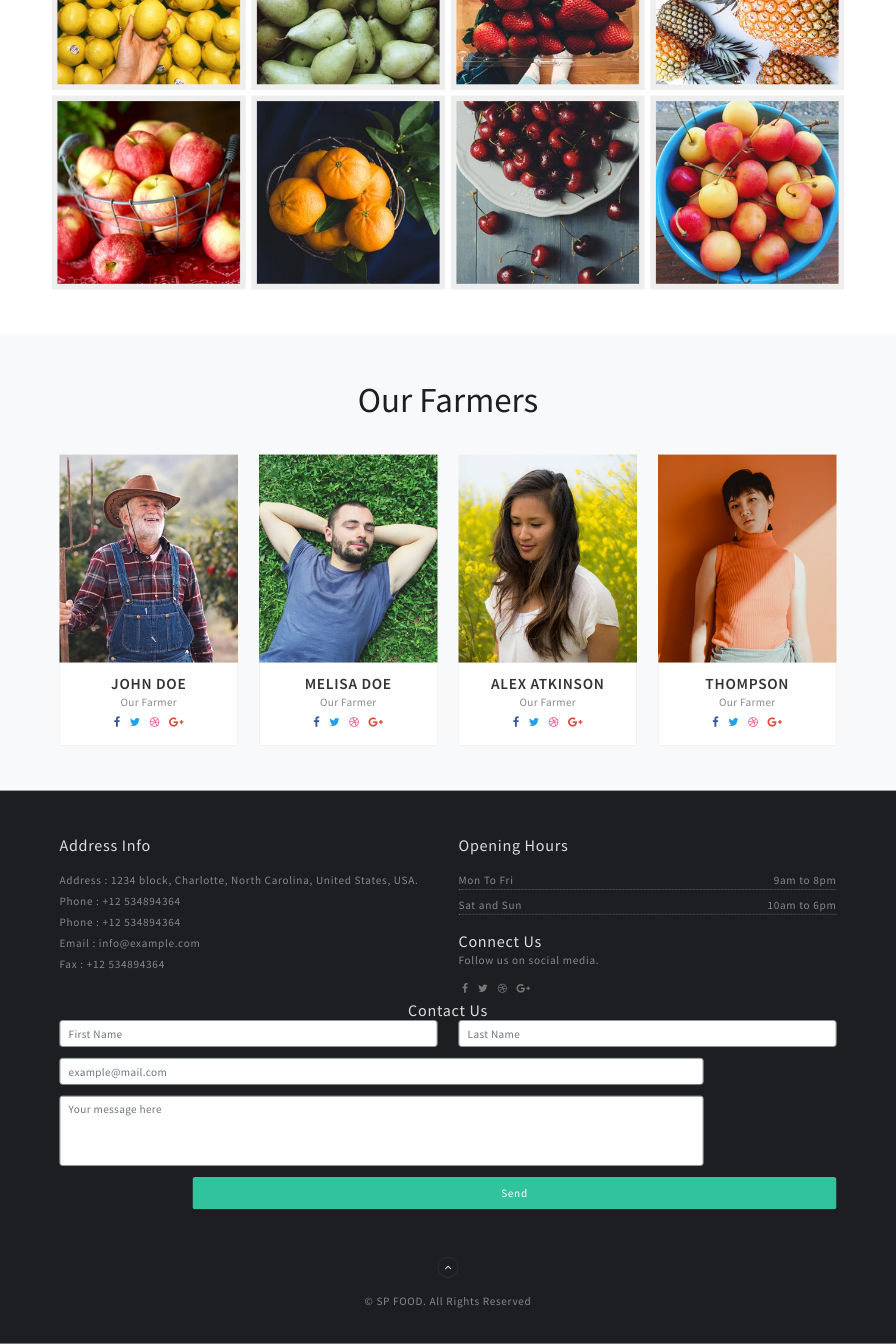
Repository: httpamit/SP-Food
Page: index.html
An editor plug-in stored every save of this project. The page is shown before and after the next save, followed by the edit.
The browser window is 1280 px wide. The pictures show the part of the page from y = 3128 to 5048 px (the page is 5048 px tall), at 70% of full size.
Backgrounds fixed to the window are drawn as part of the page.

Above is the page before, as saved 2019-02-07 23:24:48.

After the next save:
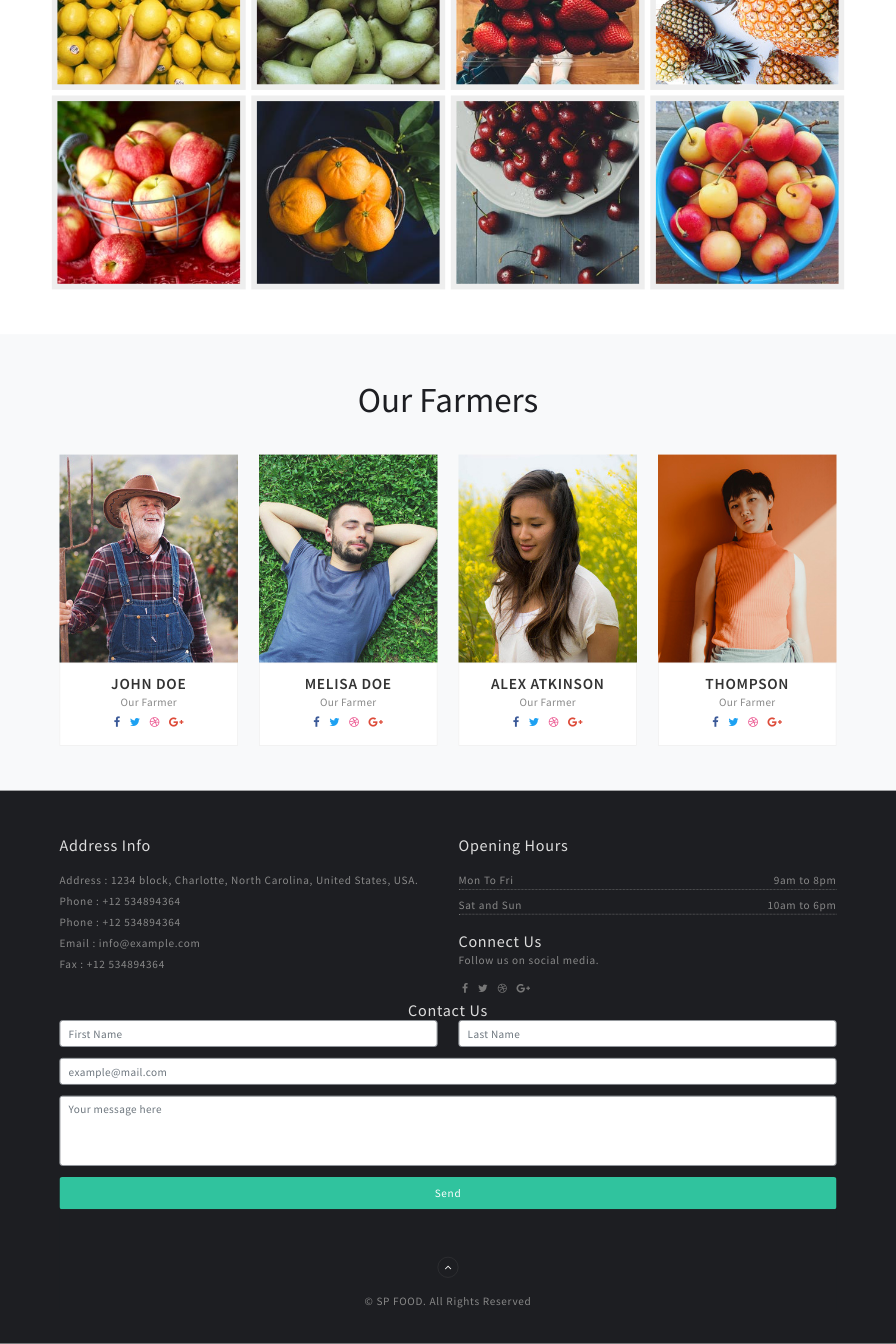
Saved 29 s later.
--- a/index.html
+++ b/index.html
@@ -478,21 +478,20 @@
 				</div>
 				<div class="form-group">
 					<div class="row">
-						<div class="col-sm-10">
+						<div class="col-sm-12">
 							<input class="form-control" type="email" placeholder="example@mail.com" name="email" required="">
 						</div>
 					</div>
 				</div>
 				<div class="form-group">
 					<div class="row">
-						<div class="col-sm-10">
+						<div class="col-sm-12">
 							<textarea placeholder="Your message here" class="form-control"></textarea>
 						</div>
 					</div>
 				</div>
 				<div class="row mt-3">
-					<div class="offset-2"></div>
-					<div class="col-sm-10">
+					<div class="col-sm-12">
 						<button type="submit" class="btn btn-block w-100">Send</button>
 					</div>
 				</div>
